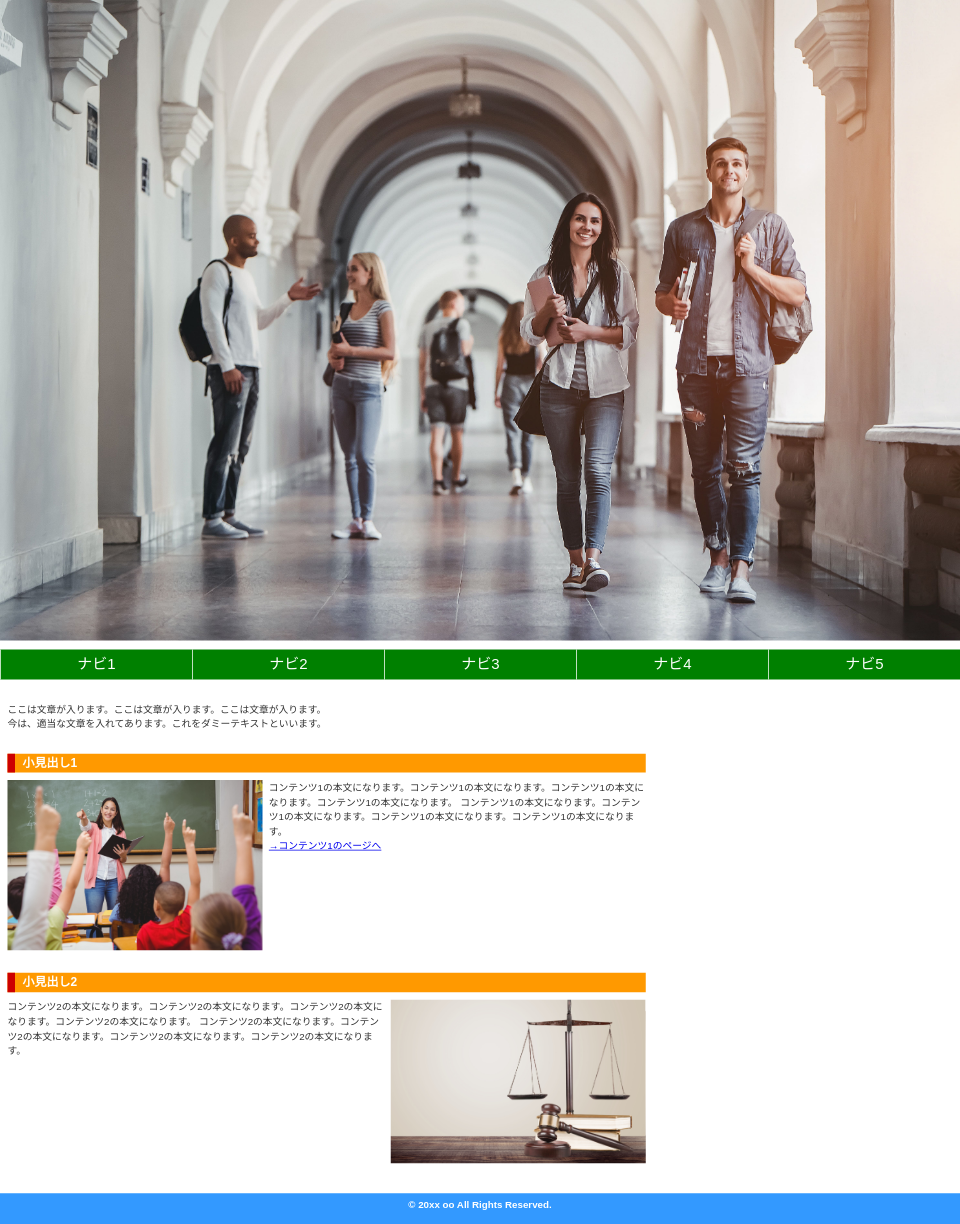
Repository: hula139/samurai_HTML-CSS
Page: home.html
The author's editor kept a record of every edit. The page is drawn from the files as they stood at one moment, then again after the next edit.
The browser window is 1280 px wide. The pictures show the whole page, at 75% of full size.

Above is the page before.

### home.html
<!DOCTYPE html>
<html lang="ja">

<head>
  <meta charset="UTF-8">
  <title>HTML/CSSの学習</title>
  <link rel="stylesheet" href="stylesheet.css">
</head>

<body>
  <div id="header">
    <h1><a href="index.html"><img id="corridor" src="images/corridor.jpg" alt="大学の廊下" /></a></h1>
  </div>
  <div id="wrapper">
    <div id="nav">
      <ul>
        <li><a href="home.html">ナビ1</a></li>
        <li><a href="#">ナビ2</a></li>
        <li><a href="#">ナビ3</a></li>
        <li><a href="#">ナビ4</a></li>
        <li><a href="#">ナビ5</a></li>
      </ul>
    </div>
    <div id="container">
      <div id="main">
        <div class="post">
          <p>ここは文章が入ります。ここは文章が入ります。ここは文章が入ります。<br />今は、適当な文章を入れてあります。これをダミーテキストといいます。</p>
        </div>
        <div class="post clearfix">
          <h2>小見出し1</h2>
          <img class="left" src="images/classroom.jpg" alt="授業風景" />
          <p>
            コンテンツ1の本文になります。コンテンツ1の本文になります。コンテンツ1の本文になります。コンテンツ1の本文になります。
            コンテンツ1の本文になります。コンテンツ1の本文になります。コンテンツ1の本文になります。コンテンツ1の本文になります。
          </p>
          <p><a href="#">→コンテンツ1のページへ</a></p>
        </div>
        <div class="post clearfix">
          <h2>小見出し2</h2>
          <img class="right" src="images/scale.jpg" alt="天秤"　/>
          <p>
            コンテンツ2の本文になります。コンテンツ2の本文になります。コンテンツ2の本文になります。コンテンツ2の本文になります。
            コンテンツ2の本文になります。コンテンツ2の本文になります。コンテンツ2の本文になります。コンテンツ2の本文になります。
          </p>
        </div>
      </div>
    </div>
  </div>
  <div id="footer">
    <p>&copy; 20xx oo All Rights Reserved.</p>
  </div>
</body>

</html>

### stylesheet.css
@charset "utf-8";

body {
  margin: 0;
  padding: 0;
  font-family: "ヒラギノ角ゴ Pro W3", "Hiragino Kaku Gothic Pro", "メイリオ", Meiryo, Osaka, "ＭＳ Ｐゴシック", "MS PGothic", sans-serif;
  color: #333;
  font-size: 13px;
  line-height: 150%;
}

#wrapper {
  width: 100%;
  margin: auto;
  padding: 0px;
  border: 0px;
  background-color: #FFF;
  top: 10px;
  position: relative;
}

#header {
  width: 100%;
}

#header h1 {
  margin: 0;
  padding: 0;
}

#corridor {
  width: 100%;
  height: auto;
}

#footer {
  clear: both;
  width: 100%;
  padding: 3px 0;
  background: #39F;
  color: #FFF;
  font-weight: bold;
  text-align: center;
}

#nav {
  width: 100%;
}

#nav ul {
  display: flex;
  margin: 0;
  padding: 0;
  list-style-type: none;
}

#nav ul li {
  width: 20%;
  text-align: center;
}

#nav ul li a {
  display: block;
  height: 20px;
  margin: 0;
  padding: 10px;
  color: #FFF;
  font-size: 20px;
  text-decoration: none;
  background-color: green;
  border-left: 1px solid white;
}

#nav ul li a:hover {
  filter: drop-shadow(10px 10px 10px black);
}

#container {
  width: 100%;
  margin: auto;
  padding-top: 20px;
  clear: both;
  display: grid;
  grid-template-columns: 70vw 30vw;
}

#main {
  width: 95%;
  padding: 10px 30px 10px 10px;
}

#main h2 {
  margin: 0 0 10px 0;
  padding: 3px 10px;
  color: #FFF;
  font-size: 16px;
  border-left: solid 10px #C00;
  background-color: #F90;
}

#main p {
  margin: 0;
  padding: 0;
}

#main .post {
  margin: 0 0 30px 0;
}

#main .post img.right {
  margin: 0 0 0 8px;
}

#main .post img.left {
  margin: 0 8px 0 0;
}

.right {
  float: right;
  width: 40%;
  height: auto;
}

.left {
  float: left;
  width: 40%;
  height: auto;
}

.clearfix {
  zoom: 1;
}

.clearfix:after {
  content: "";
  display: block;
  clear: both;
}

#side {
  width: 85%;
  padding: 20px;
  background-color: #F99;
}

#side .box {
  margin: 0 auto 30px auto;
  padding: 0 0 20px 0;
  background: url(images/side_box.png) bottom no-repeat;
}

#side .box h2 {
  margin: 0;
  padding: 8px;
  text-align: center;
  color: #fff;
  font-size: 16px;
  line-height: 16px;
  font-weight: normal;
  background: url(images/side_box_h2.png) center no-repeat;
}

#side .box .boxBody {
  padding: 8px;
  border-right: solid 1px #C36;
  border-bottom: solid 1px #C36;
  border-left: solid 1px #C36;
  background: #fff;
}

#side .box .boxBody ul {
  margin: 0 0 16px 0;
  padding: 0;
}

#side .box .boxBody ul li {
  padding: 8px 0 8px 4px;
  list-style: none;
  border-bottom: solid 1px #C36;
}

#side .box .boxBody ul li:hover {
  padding: 8px 0 8px 4px;
  list-style: none;
  border-bottom: solid 1px #C36;
  box-shadow: 0px 4px 4px rgba(0, 0, 0, 0.3);
}

After the next edit:
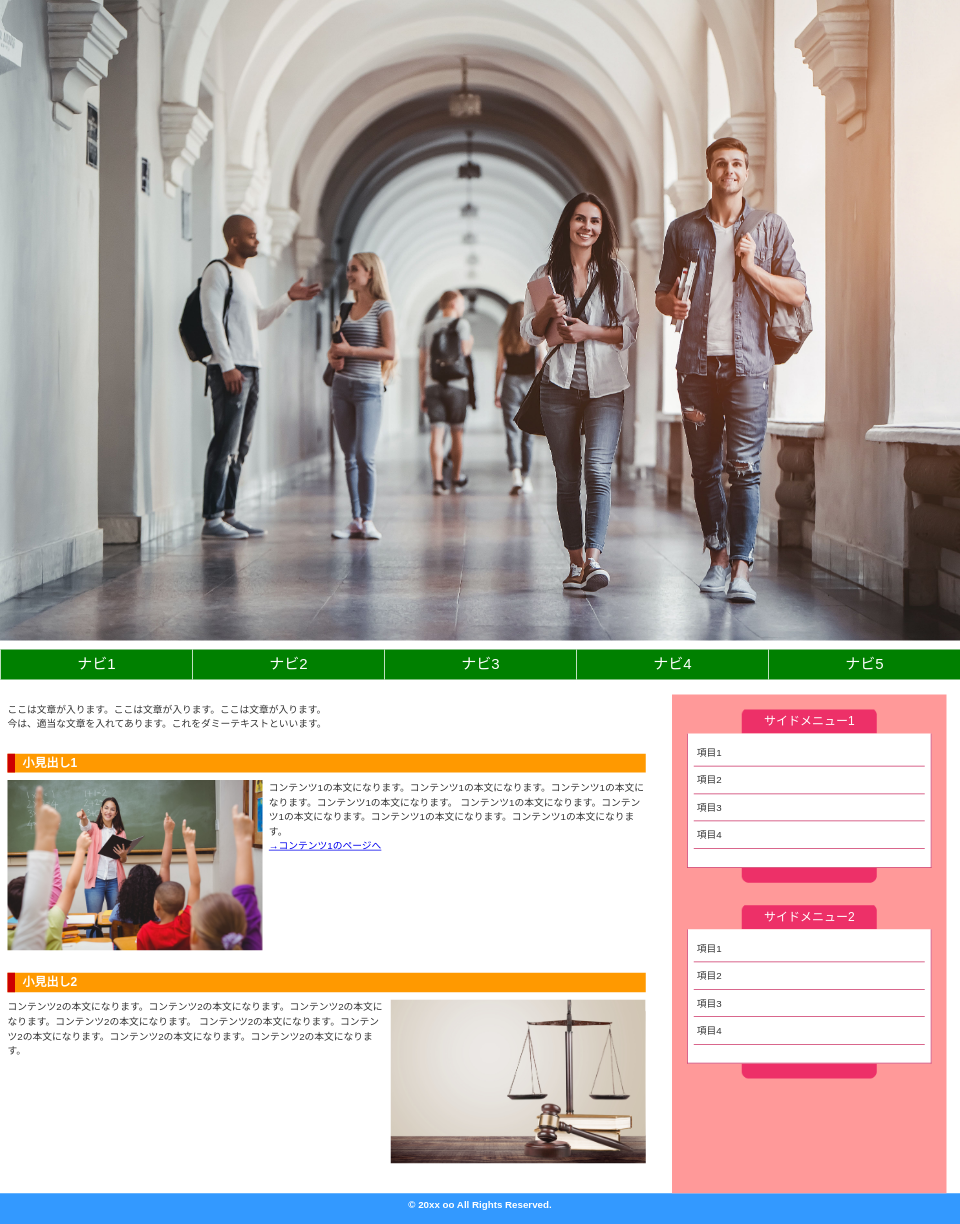
The edit:
--- a/home.html
+++ b/home.html
@@ -44,6 +44,30 @@
           </p>
         </div>
       </div>
+      <div id="side">
+                   <div class="box">
+                        <h2>サイドメニュー1</h2>
+                        <div class="boxBody">
+                            <ul>
+                                <li>項目1</li>
+                                <li>項目2</li>
+                                <li>項目3</li>
+                                <li>項目4</li>
+                            </ul>
+                        </div>
+                    </div>
+                    <div class="box">
+                        <h2>サイドメニュー2</h2>
+                        <div class="boxBody">
+                           <ul>
+                                <li>項目1</li>
+                                <li>項目2</li>
+                                <li>項目3</li>
+                                <li>項目4</li>
+                            </ul>
+                        </div>
+                   </div>
+                </div>
     </div>
   </div>
   <div id="footer">
